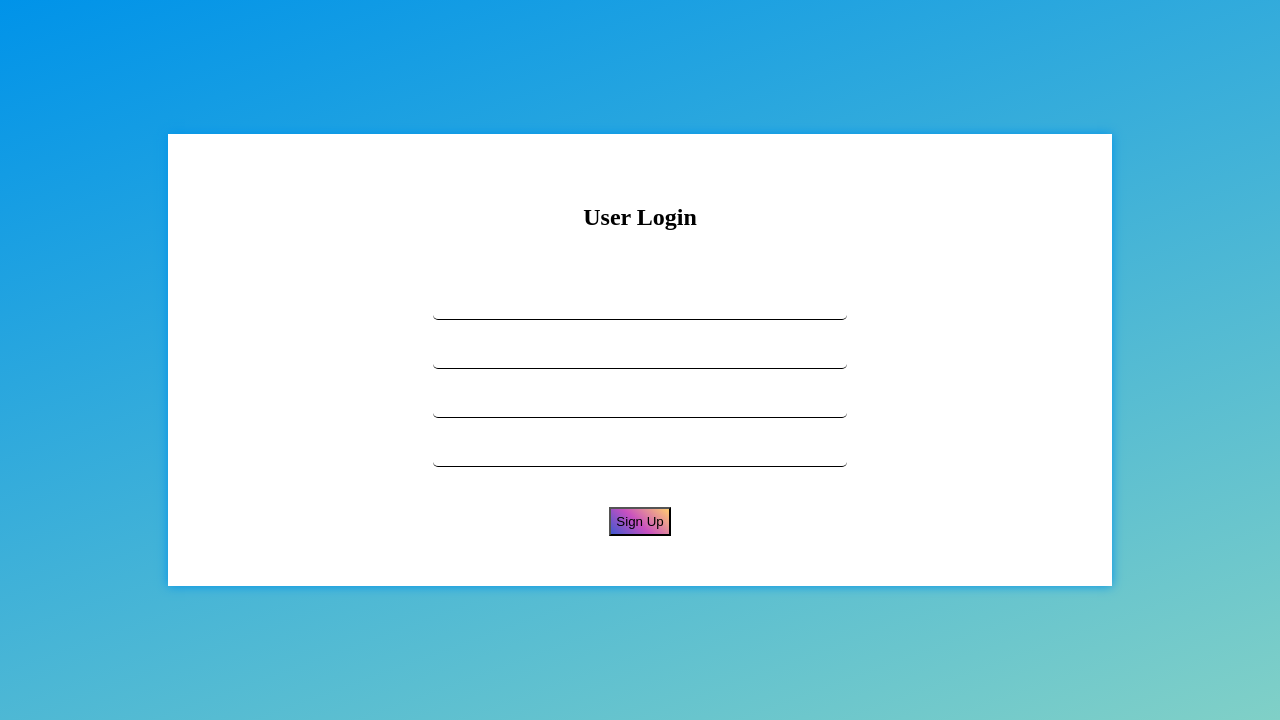
Repository: devSkhandelwal/job-search
Page: /login
These files come from the project's save history. The page is drawn as it stood at one moment and after the next save; the edit follows.
The browser window is 1280 px wide. The pictures show the whole page.
The project was rebuilt for these pictures with package versions that can differ from the ones it lists, and the page was loaded fresh each time. Also part of the build but not shown: src/actions/jobAction.js, src/components/FormElement/ApplyForm.js, src/containers/JobDetailsContainer.js, src/containers/JobFilterContainer.js, src/components/JobItem.js, src/components/JobList.js, src/containers/JobListContainer.js.

Above is the page before, as saved 2021-05-04 09:37:24.

After the next save:
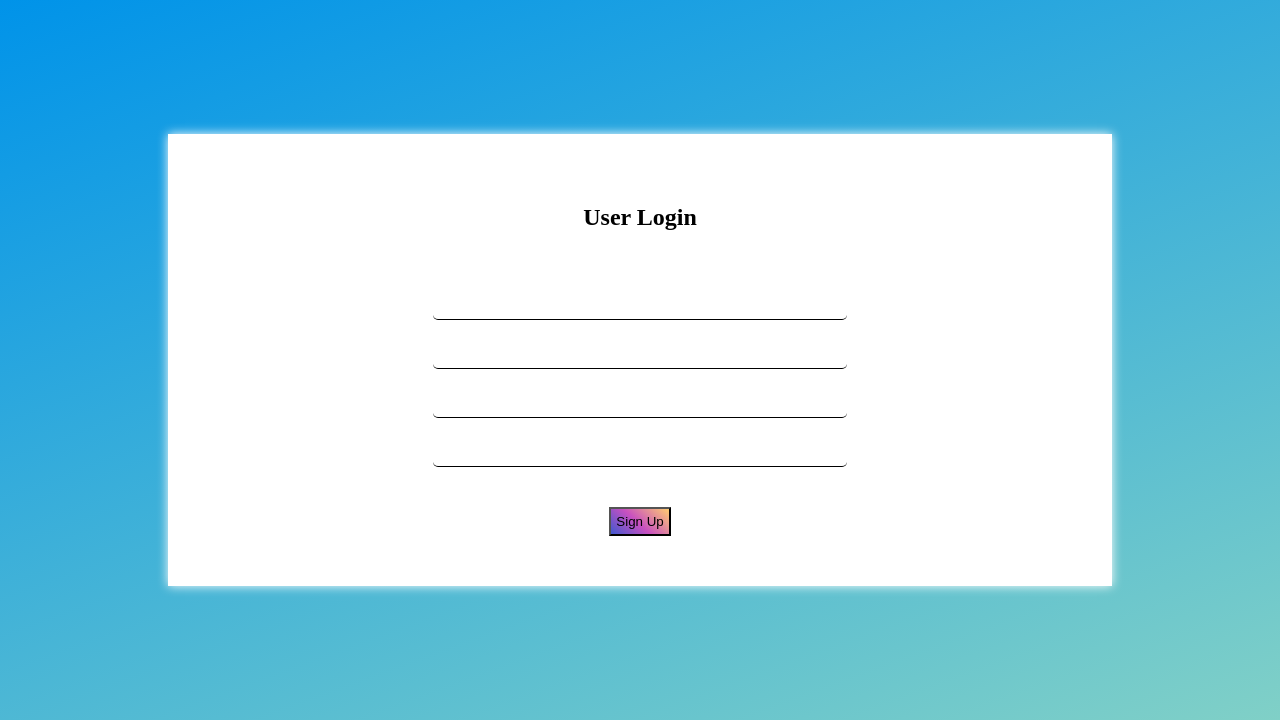
Saved 41 s later.
--- a/src/components/Card/Card.css
+++ b/src/components/Card/Card.css
@@ -1,11 +1,12 @@
 .card{
     width: 80%;
-    box-shadow: 0px 0px 10px #0093E9;
+    box-shadow: 0px 0px 10px #fff;
     background-color: #fff;
     padding: 20px 50px;
+
 
 }
 
 .card:hover{
-    box-shadow: 0px 0px 30px #0093E9;
+    box-shadow: 0px 0px 30px #fff;
 }
